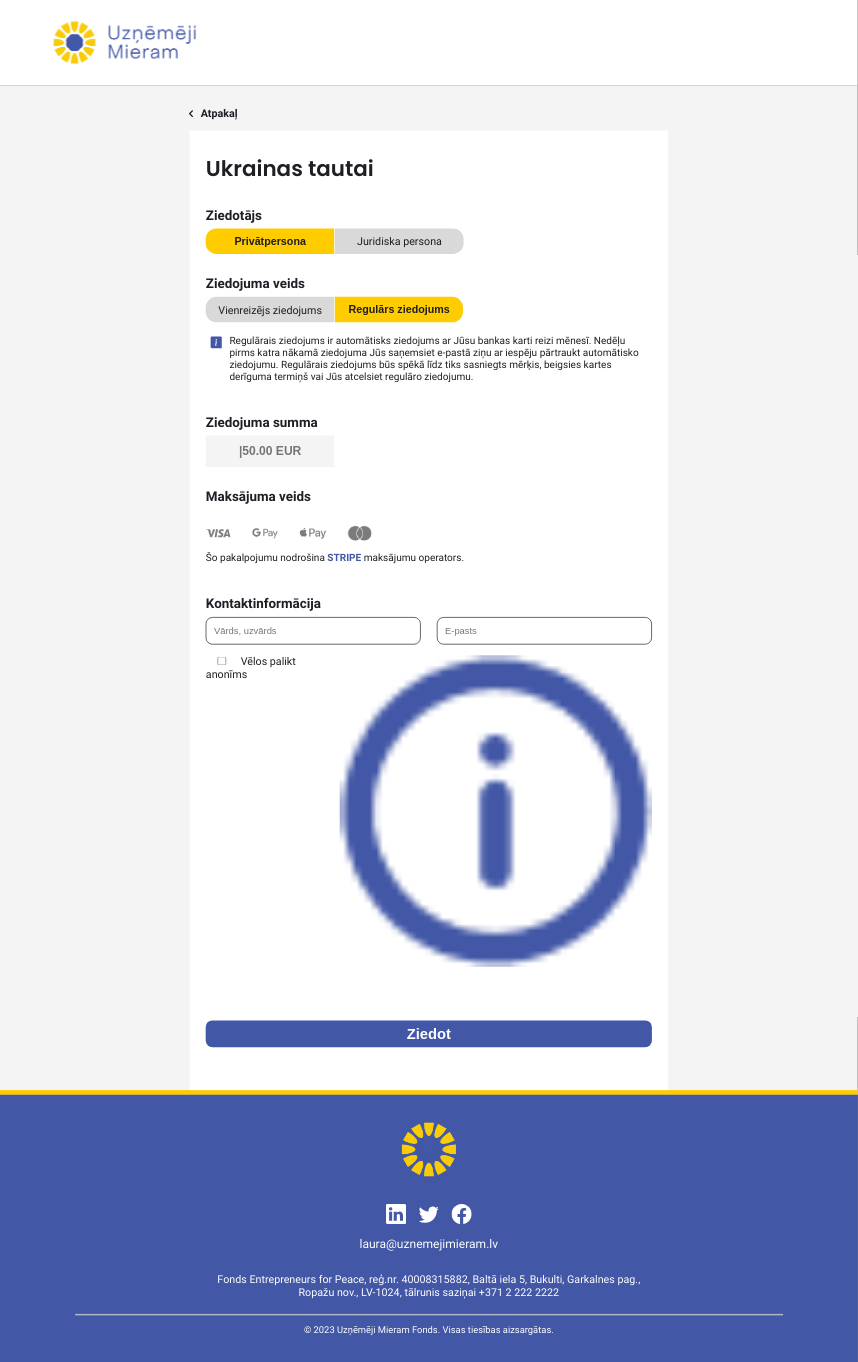
Repository: KatrinaPa/projekts11
Page: donate_Ukr-private-regular.html
An editor plug-in stored every save of this project. The page is shown before and after the next save, followed by the edit.
The browser window is 1280 px wide. The pictures show the whole page, at 67% of full size.

Above is the page before, as saved 2023-05-30 20:20:47.
Console error: TypeError: Cannot read properties of null (reading 'children')

### donate_Ukr-private-regular.html
<!DOCTYPE html>
<html lang="en">

<head>
    <meta charset="UTF-8">
    <meta http-equiv="X-UA-Compatible" content="IE=edge">
    <meta name="viewport" content="width=device-width, initial-scale=1.0">
    <title>Ukrainas tautai</title>
    <link href="https://fonts.googleapis.com/css2?family=Jost:wght@400;700&display=swap" rel="stylesheet" />
    <link rel="stylesheet" href="assets/main.css" />
    <link rel="stylesheet" href="assets/donate-page.css" />
    <link rel="stylesheet" href="assets/donate-page-private-regular.css" />
    <link rel="stylesheet" href="https://cdnjs.cloudflare.com/ajax/libs/font-awesome/6.2.0/css/all.min.css" />
    <script src="assets/main.js" defer></script>
</head>

<body>
    <div class="panel">
        <header class="header">
            <nav class="navbar">
                <img src="assets/images/UM_logo.png" alt="uznemejiMieram" id="logo">
                <div class="navigation">
                    <ul class="nav-menu">
                        <li class="nav-item"><a href="sakums.html" class="nav-link">Sākums</a></li>
                        <li class="nav-item"><a href="donate_projects.html" class="nav-link">Ziedot</a></li>
                    </ul>
                    <div class="hamburger">
                        <span class="bar"></span>
                        <span class="bar"></span>
                        <span class="bar"></span>
                    </div>
                </div>
            </nav>
        </header>
        <section id="donate_wrapper" class="donate_section">
            <div class="donate-centred">
                <div class="back-toProject">
                    <button class="back-btn">
                        <i id="left" class="fa-solid fa-angle-left"></i>
                    </button>
                    <a href="projekts-donateUkr.html" id="">Atpakaļ</a>
                </div>
                <div class="donate_page">
                    <h1>Ukrainas tautai</h1>
                    <div class="donation_type">
                        <h4>Ziedotājs</h4>
                        <div>
                            <button class="individual" id="individual-donate">Privātpersona</button>
                            <a href="donate_Ukr-legal-onetime.html" class="legal" id="legal-donate">Juridiska
                                persona</a>
                        </div>
                        <h4>Ziedojuma veids</h4>
                        <div>
                            <a href="donate_Ukr-private-onetime.html" class="one-time" id="one-time-donate">Vienreizējs
                                ziedojums</a>
                            <button class="regular" id="regular-donate">Regulārs ziedojums</button>
                        </div>
                        <div>
                            <svg xmlns="http://www.w3.org/2000/svg" width="60" height="60" fill="#4257A6"
                                class="bi bi-info-square-fill" viewBox="0 0 16 16">
                                <path
                                    d="M0 2a2 2 0 0 1 2-2h12a2 2 0 0 1 2 2v12a2 2 0 0 1-2 2H2a2 2 0 0 1-2-2V2zm8.93 4.588-2.29.287-.082.38.45.083c.294.07.352.176.288.469l-.738 3.468c-.194.897.105 1.319.808 1.319.545 0 1.178-.252 1.465-.598l.088-.416c-.2.176-.492.246-.686.246-.275 0-.375-.193-.304-.533L8.93 6.588zM8 5.5a1 1 0 1 0 0-2 1 1 0 0 0 0 2z" />
                            </svg>
                            <p>Regulārais ziedojums ir automātisks ziedojums ar Jūsu bankas karti reizi mēnesī. Nedēļu
                                pirms
                                katra nākamā ziedojuma Jūs saņemsiet e-pastā ziņu ar iespēju pārtraukt automātisko
                                ziedojumu. Regulārais ziedojums būs spēkā līdz tiks sasniegts mērķis, beigsies kartes
                                derīguma termiņš vai Jūs atcelsiet regulāro ziedojumu.
                            </p>
                        </div>
                        <h4>Ziedojuma summa</h4>
                        <div>
                            <input class="enter-donation" type="text" placeholder="|50.00 EUR" />
                        </div>
                        <h4>Maksājuma veids</h4>
                        <div class="payment_logo">
                            <img src="assets/images/Visa_logo.png" alt="Visa" id="visa_logo">
                            <img src="assets/images/googlepay_logo.png" alt="Google Pay" id="google-pay_logo">
                            <img src="assets/images/applepay_logo.png" alt="Apple Pay" id="apple-pay_logo">
                            <img src="assets/images/MasterCard_logo.png" alt="MasterCard" id="master-card_logo">
                        </div>
                        <p>Šo pakalpojumu nodrošina <span>STRIPE</span> maksājumu operators.</p>
                    </div>
                    <div class="contact-details">
                        <h4>Kontaktinformācija</h4>
                        <form action="#" class="placehold_button">
                            <div class="inputs-details">
                                <input type="text" placeholder="Vārds, uzvārds" />
                                <input type="email" placeholder="E-pasts" />
                            </div>
                            <div class="checkbox_display">
                                <div>
                                    <input type="checkbox" name="no-display" id="display-no" />
                                    <label for="display-no">Vēlos palikt anonīms</label>
                                </div>
                                <img src="assets/images/info.png" alt="info" id="info-icon">
                            </div>
                            <button type="submit" class="buttonContinue">Ziedot</button>
                        </form>
                    </div>
                </div>
            </div>
            <div class="yellow-bottom"></div>
        </section>
        </main>
        <footer>
            <div class="about">
                <img src="assets/images/UM_simbols.png" alt="uznemejiMieram">
                <div class="social">
                    <svg xmlns="http://www.w3.org/2000/svg" width="30" height="30" fill="#ffffff" class="bi bi-linkedin"
                        viewBox="0 0 16 16">
                        <path
                            d="M0 1.146C0 .513.526 0 1.175 0h13.65C15.474 0 16 .513 16 1.146v13.708c0 .633-.526 1.146-1.175 1.146H1.175C.526 16 0 15.487 0 14.854V1.146zm4.943 12.248V6.169H2.542v7.225h2.401zm-1.2-8.212c.837 0 1.358-.554 1.358-1.248-.015-.709-.52-1.248-1.342-1.248-.822 0-1.359.54-1.359 1.248 0 .694.521 1.248 1.327 1.248h.016zm4.908 8.212V9.359c0-.216.016-.432.08-.586.173-.431.568-.878 1.232-.878.869 0 1.216.662 1.216 1.634v3.865h2.401V9.25c0-2.22-1.184-3.252-2.764-3.252-1.274 0-1.845.7-2.165 1.193v.025h-.016a5.54 5.54 0 0 1 .016-.025V6.169h-2.4c.03.678 0 7.225 0 7.225h2.4z" />
                    </svg>
                    <svg xmlns="http://www.w3.org/2000/svg" width="30" height="30" fill="#ffffff" class="bi bi-twitter"
                        viewBox="0 0 16 16">
                        <path
                            d="M5.026 15c6.038 0 9.341-5.003 9.341-9.334 0-.14 0-.282-.006-.422A6.685 6.685 0 0 0 16 3.542a6.658 6.658 0 0 1-1.889.518 3.301 3.301 0 0 0 1.447-1.817 6.533 6.533 0 0 1-2.087.793A3.286 3.286 0 0 0 7.875 6.03a9.325 9.325 0 0 1-6.767-3.429 3.289 3.289 0 0 0 1.018 4.382A3.323 3.323 0 0 1 .64 6.575v.045a3.288 3.288 0 0 0 2.632 3.218 3.203 3.203 0 0 1-.865.115 3.23 3.23 0 0 1-.614-.057 3.283 3.283 0 0 0 3.067 2.277A6.588 6.588 0 0 1 .78 13.58a6.32 6.32 0 0 1-.78-.045A9.344 9.344 0 0 0 5.026 15z" />
                    </svg>
                    <svg xmlns="http://www.w3.org/2000/svg" width="30" height="30" fill="#ffffff" class="bi bi-facebook"
                        viewBox="0 0 16 16">
                        <path
                            d="M16 8.049c0-4.446-3.582-8.05-8-8.05C3.58 0-.002 3.603-.002 8.05c0 4.017 2.926 7.347 6.75 7.951v-5.625h-2.03V8.05H6.75V6.275c0-2.017 1.195-3.131 3.022-3.131.876 0 1.791.157 1.791.157v1.98h-1.009c-.993 0-1.303.621-1.303 1.258v1.51h2.218l-.354 2.326H9.25V16c3.824-.604 6.75-3.934 6.75-7.951z" />
                    </svg>
                </div>
                <div class="contacts">
                    <p>laura@uznemejimieram.lv</p>
                    <p>Fonds Entrepreneurs for Peace, reģ.nr. 40008315882, Baltā iela 5, Bukulti, Garkalnes pag., Ropažu
                        nov., LV-1024, tālrunis saziņai +371 2 222 2222</p>
                </div>
            </div>
            <div class="copy">
                <hr>
                <p>© 2023 Uzņēmēji Mieram Fonds. Visas tiesības aizsargātas.</p>
            </div>
        </footer>
    </div>

</body>

</html>

### assets/donate-page.css
#donate_wrapper {
    background-color: #f4f4f4;
}

.donate_section {
    font-family: 'Roboto';
}

.donate-centred {
    display: flex;
    align-items: center;
    flex-direction: column;
}

.back-toProject {
    width: 57%;
    padding: 2rem 0 1rem 0;
}

.back-toProject a {
    text-decoration: none;
    color: #1E1F24;
    font-size: 16px;
    font-weight: 600;
    margin-block-start: 0;
}

.back-btn {
    margin-top: -15px;
    border: 0;
    background: transparent;
    cursor: pointer;
}

.donate_page {
    width: 52%;
    background-color: #ffffff;
    padding: 2rem 1.5rem 4rem 1.5rem;
    display: flex;
    flex-direction: column;
    align-items: flex-start;
    color: #1E1F24;
}

h1 {
    color: #1E1F24;
    font-weight: 600;
    font-size: 32px;
    line-height: 50px;
}

h4 {
    font-size: 20px;
    margin: 2rem 0 0.5rem 0;
}

.donation_type div {
    display: flex;
    flex-direction: row;
    justify-content: flex-start;
}

.donation_type svg {
    margin: 1rem 0.7rem 0 0.4rem;
    margin-block-start: 0;
}

.donation_type p {
    font-size: 15px;
    margin-block-start: 1.1rem;
}

.donation_type span {
    color: #4257A6;
    font-weight: 600;
}

.one-time,
.individual {
    color: #1E1F24;
    font-size: 16px;
    padding: 0.6rem 0;
    width: 12rem;
    text-align: center;
    text-decoration: none;
    border: none;
    border-radius: 16px 0 0 16px;
    font-weight: 400;
    margin-block-end: 0;
    cursor: pointer;
}

.legal,
.regular {
    color: #1E1F24;
    font-size: 16px;
    padding: 0.6rem 0;
    width: 12rem;
    text-align: center;
    text-decoration: none;
    border: 1px solid #ffffff;
    border-width: 0 0 0 1px;
    border-radius: 0 16px 16px 0;
    font-weight: 400;
    margin-block-end: 0;
    cursor: pointer;
}

.legal:hover,
.regular:hover,
.one-time:hover,
.individual:hover {
    background-color: #ffcc00;
    font-weight: 600;
}

.enter-donation {
    background-color: #f4f4f4;
    color: #615c5c;
    font-size: 18px;
    padding: 0.8rem 0;
    width: 12rem;
    text-align: center;
    border: none;
    font-weight: 600;
    margin-block-start: 0;
}

.payment_logo {
    align-items: center;
    gap: 2rem;
    margin-top: 2rem;
}

#visa_logo,
#google-pay_logo,
#apple-pay_logo,
#master-card_logo {
    cursor: pointer;
}

.contact-details {
    display: flex;
    flex-direction: column;
    justify-content: space-between;
    width: 100%;
}

.inputs-details {
    display: flex;
    gap: 1.5rem;
    margin-bottom: 1rem;
}

.contact-details input {
    border-radius: 10px;
    padding: 0.7rem 0.7rem;
    width: 100%;
    border: solid 1px #1E1F24;
    font-size: 14px;
}

.buttonContinue {
    margin-top: 2.5rem;
    width: 100%;
    background-color: #4257A6;
    color: #ffffff;
    font-size: 22px;
    font-weight: 600;
    height: 2.5rem;
    text-decoration: none;
    border-radius: 10px;
    border: none;
    align-items: center;
    justify-content: center;
    cursor: pointer;
}

.checkbox_display {
    display: flex;
    margin-bottom: 2.5rem;
}

.checkbox_display img {
    width: 70%;
}

#display-no {
    width: 3rem;
    margin: 0;
}

.yellow-bottom {
    height: 0.4rem;
    background-color: #ffcc00;
}

@media (min-width: 1280px) {}

@media screen and (max-width: 1279px) {

    .back-toProject {
        width: 84%;
    }

    .donate_page {
        width: 75%;
    }

    .inputs-details {
        gap: 0.5rem;
    }
}

@media screen and (max-width: 700px) {

    .back-toProject {
        width: 87%;
    }

    .inputs-details {
        margin-bottom: 2rem;
        flex-direction: column;
    }

    .placehold_button {
        padding-right: 2rem;
    }

    .one-time,
    .regular,
    .individual,
    .legal {
        width: 11rem;
    }
}

### assets/donate-page-private-regular.css
#one-time-donate {
    background-color: #d9d9d9;

}

#regular-donate {
    background-color: #ffcc00;
    font-weight: 600;
    cursor: auto;
}

#individual-donate {
    background-color: #ffcc00;
    font-weight: 600;
    cursor: auto;
}

#legal-donate {
    background-color: #d9d9d9;
}

Loaded but not shown: assets/main.js (97 lines, source omitted); assets/main.css (1929 lines, source omitted)

After the next save:
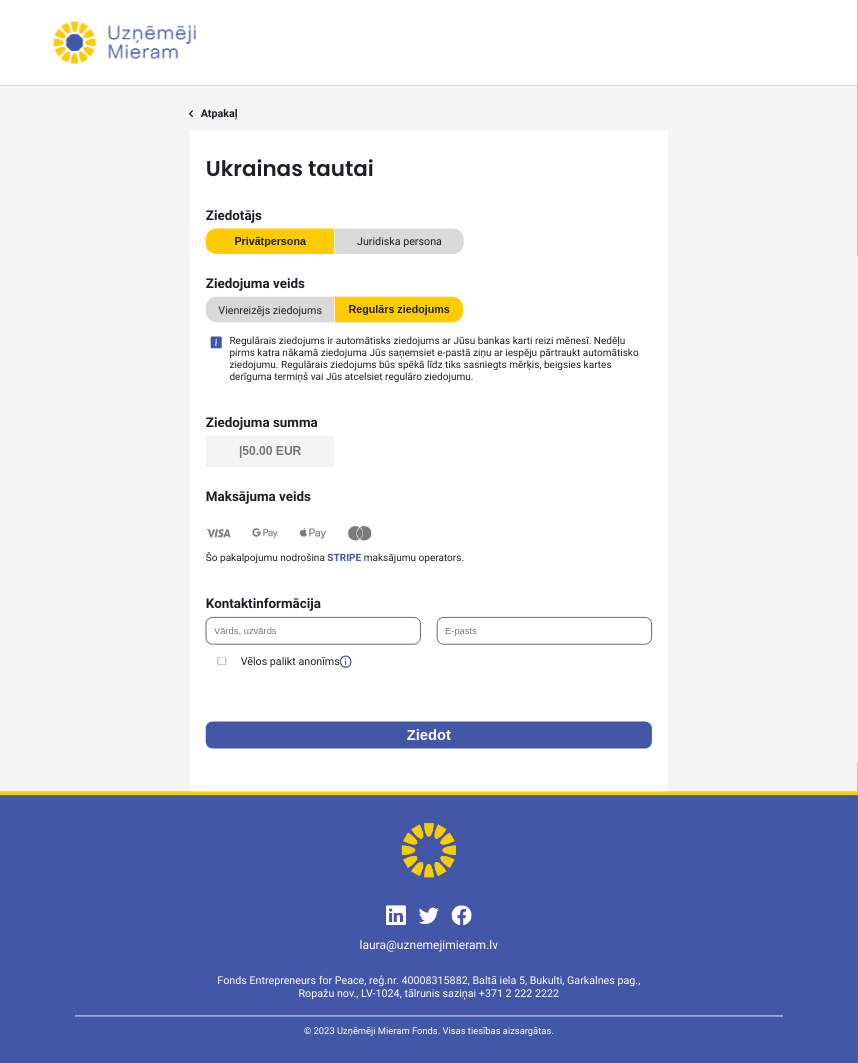
Saved 61 s later.
--- a/assets/donate-page.css
+++ b/assets/donate-page.css
@@ -182,7 +182,7 @@
 }
 
 .checkbox_display img {
-    width: 70%;
+    width: 18px;
 }
 
 #display-no {
